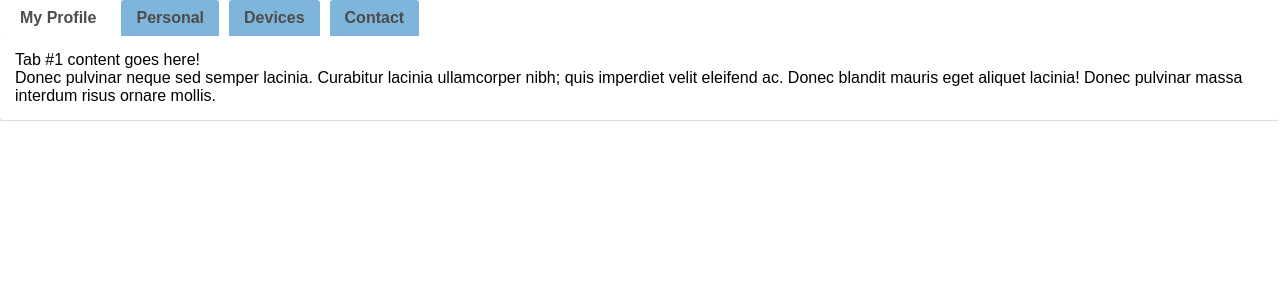
Repository: Bindu1006/CrowdTester
Page: http://localhost/CrowdTesterProject/jsp/ProfileHeader.jsp
The author's editor kept a copy of each file at every save. The page is drawn from the files as they stood at one save, then again after the next save.
The browser window is 1280 px wide. The pictures show the whole page.
Some web fonts or font styles are not loaded; a fallback is used. The page is served by Tomcat 9. Other server files are loaded and not shown.

Above is the page before, as saved 2015-11-26 04:44:40.

### CrowdTesterProject/WebContent/jsp/ProfileHeader.jsp
<!DOCTYPE html>

<html lang="en">
  <head>
    <meta charset="utf-8" />
    <!-- Change for better search engine indexing -->
    <title>Web Site</title>
    <meta name="title" content="Web site" />
    <meta name="description" content="Your Web site description here" />
    <meta name="keywords" content="Your Web site keywords here" />
    <meta name="subject" content="Your Web Site subject here" />
    <meta name="copyright" content="Your company or organization" />
    <meta name="robots" content="All" />
    <meta name="abstract" content="Site description here" />
    <meta name="MSSmartTagsPreventParsing" content="true" />
    <link id="theme" rel="stylesheet" type="text/css" href="../css/profileHeaderStyle.css" title="theme" />
    <link rel="stylesheet" href="http://fonts.googleapis.com/css?family=Open+Sans:300|Open+Sans:300|Open+Sans+Condensed:700|Open+Sans:300|Open+Sans:300|Open+Sans:300italic" type="text/css" />
	<script type="text/javascript" language="javascript" src="../javascript/jquery-1.8.1.min.js"></script>
	<script type="text/javascript" language="javascript" src="../javascript/scripts.js"></script>
	<script type="text/javascript" language="javascript" src="../javascript/theme.js"></script>
    <!-- Add your custom script here -->
  </head>
  <body>
    <div class="tabs">
    <ul class="tab-links">
        <li class="active"><a href="#tab1">My Profile</a></li>
        <li><a href="#tab2">Personal</a></li>
        <li><a href="#tab3">Devices</a></li>
        <li><a href="#tab4">Contact</a></li>
    </ul>

    <div class="tab-content">
        <div id="tab1" class="tab active">
            <p>Tab #1 content goes here!</p>
            <p>Donec pulvinar neque sed semper lacinia. Curabitur lacinia ullamcorper nibh; quis imperdiet velit eleifend ac. Donec blandit mauris eget aliquet lacinia! Donec pulvinar massa interdum risus ornare mollis.</p>
        </div>

        <div id="tab2" class="tab">
            <p>Tab #2 content goes here!</p>
            <p>Donec pulvinar neque sed semper lacinia. Curabitur lacinia ullamcorper nibh; quis imperdiet velit eleifend ac. Donec blandit mauris eget aliquet lacinia! Donec pulvinar massa interdum risus ornare mollis. In hac habitasse platea dictumst. Ut euismod tempus hendrerit. Morbi ut adipiscing nisi. Etiam rutrum sodales gravida! Aliquam tellus orci, iaculis vel.</p>
        </div>

        <div id="tab3" class="tab">
            <p>Tab #3 content goes here!</p>
            <p>Donec pulvinar neque sed semper lacinia. Curabitur lacinia ullamcorper nibh; quis imperdiet velit eleifend ac. Donec blandit mauris eget aliquet lacinia! Donec pulvinar massa interdum ri.</p>
        </div>

        <div id="tab4" class="tab">
            <p>Tab #4 content goes here!</p>
            <p>Donec pulvinar neque sed semper lacinia. Curabitur lacinia ullamcorper nibh; quis imperdiet velit eleifend ac. Donec blandit mauris eget aliquet lacinia! Donec pulvinar massa interdum risus ornare mollis. In hac habitasse platea dictumst. Ut euismod tempus hendrerit. Morbi ut adipiscing nisi. Etiam rutrum sodales gravida! Aliquam tellus orci, iaculis vel.</p>
        </div>
    </div>
</div>

  </body>
</html>

### CrowdTesterProject/WebContent/css/profileHeaderStyle.css
/*
Theme Name: doTemplate theme
Theme URI: http://www.dotemplate.com
Author: doTemplate - Thierry Ruiz
Author URI: http://www.dotemplate.com
Description: Website template created with doTemplate online template builder
Version: 1.0
Tags: doTemplate, custom-theme, custom-background, custom-colors, custom-header, custom-menu
*/


/*
----------------------------------------------------------------------------------------

Copyright 2008-2015 - Thierry Ruiz - www.dotemplate.com - All rights reserved.

----------------------------------------------------------------------------------------
*/


/* CSS reset YUI 3.17.2 (build 9c3c78e) - Copyright 2014 Yahoo! Inc. All rights reserved */
html{color:#000;background:#FFF}body,div,dl,dt,dd,ul,ol,li,h1,h2,h3,h4,h5,h6,pre,code,form,fieldset,legend,input,textarea,p,blockquote,th,td{margin:0;padding:0}
table{border-collapse:collapse;border-spacing:0}fieldset,img{border:0}address,caption,cite,code,dfn,em,strong,th,var{font-style:normal;font-weight:normal}
ol,ul{list-style:none}caption,th{text-align:left}
h1,h2,h3,h4,h5,h6{font-size:100%;font-weight:normal}
q:before,q:after{content:''}abbr,
acronym{border:0;font-variant:normal}sup{vertical-align:text-top}sub{vertical-align:text-bottom}
input,textarea,select{font-family:inherit;font-size:inherit;font-weight:inherit;*font-size:100%}
legend{color:#000}#yui3-css-stamp.cssreset{display:none}

/*! normalize.css v3.0.1 | MIT License | git.io/normalize */
html {
  font-family: sans-serif;
  -ms-text-size-adjust: 100%;
  -webkit-text-size-adjust: 100%;
}

article,aside,details,figcaption,figure,footer,header,hgroup,main,nav,section,summary {
  display: block;
}

audio,canvas,progress,video {
  display: inline-block;
  vertical-align: baseline;
}

[hidden],template {
  display: none;
}

a {
  background: transparent;
}

a:active,a:hover {
  outline: 0;
}

abbr[title] {
  border-bottom: 1px dotted;
}

b,strong {
  font-weight: bold;
}

dfn {
  font-style: italic;
}

mark {
  background: #ff0;
  color: #000;
}

small {
  font-size: 80%;
}

sub, sup {
  font-size: 75%;
  line-height: 0;
  position: relative;
  vertical-align: baseline;
}

sup {
  top: -0.5em;
}

sub {
  bottom: -0.25em;
}

img {
  border: 0;
}

svg:not(:root) {
  overflow: hidden;
}

figure {
  margin: 1em 40px;
}

hr {
  -moz-box-sizing: content-box;
  box-sizing: content-box;
  height: 0;
}

pre {
  overflow: auto;
}

code,kbd,pre,samp {
  font-family: monospace, monospace;
  font-size: 1em;
}

button,input,optgroup,select,textarea {
  color: inherit;
  font: inherit;
  margin: 0;
}

button {
  overflow: visible;
}

button,select {
  text-transform: none;
}

button, html input[type="button"],input[type="reset"],input[type="submit"] {
  -webkit-appearance: button;
  cursor: pointer;
}

button[disabled], html input[disabled] {
  cursor: default;
}


button::-moz-focus-inner,input::-moz-focus-inner {
  border: 0;
  padding: 0;
}

input {
  line-height: normal;
}

input[type="checkbox"],input[type="radio"] {
  box-sizing: border-box;
  padding: 0;
}

input[type="number"]::-webkit-inner-spin-button,
input[type="number"]::-webkit-outer-spin-button {
  height: auto;
}

input[type="search"] {
  -webkit-appearance: textfield;
  -moz-box-sizing: content-box;
  -webkit-box-sizing: content-box;
  box-sizing: content-box;
}

input[type="search"]::-webkit-search-cancel-button,
input[type="search"]::-webkit-search-decoration {
  -webkit-appearance: none;
}

fieldset {
  margin: 0 2px;
  padding: 0.35em 0.625em 0.75em;
}

legend {
  border: 0;
  padding: 0;
}

textarea {
  overflow: auto;
}

optgroup {
  font-weight: bold;
}

table {
  border-collapse: collapse;
  border-spacing: 0;
}

/*! end normalize.css  */



body,div,dl,dt,dd,ul,ol,li,h1,h2,h3,h4,h5,h6,pre,code,form,fieldset,legend,input,textarea,p,blockquote,th,td {
	margin:0;
	padding:0;
}

table {
	border-collapse:collapse;
	border-spacing:0;
}

fieldset,img {
	border:0;
}

address,caption,cite,code,dfn,th,var {
	font-style:normal;
	font-weight:normal;
}

li {
	list-style:none;
}

caption,th {
	text-align:left;
}

h1,h2,h3,h4,h5,h6 {
	font-size:150%;
	font-weight:bold;
}

q:before,q:after {
	content:'';
}

abbr,acronym {
	border:0;
	font-variant:normal;
}

sup {
	vertical-align:text-top;
}

sub {
	vertical-align:text-bottom;
}

input,textarea,select {
	font-family:inherit;
	font-size:inherit;
	font-weight:inherit;
}

legend {
	color:#000;
}

a img {
	border:none;
}

a:link,a:visited {
	text-decoration:none;
}

.clear {
	clear:both;
	display:block;
	overflow:hidden;
	visibility:hidden;
	width:0;
	height:0;
}

html {
	margin:0;
	overflow-X:hidden;
	overflow-Y:scroll;
}

#wrapper {
	width:100%;
	position:relative;
	min-height:600px;
	height:auto !important;
	background-color:#FFFFFF;
	background-position:center top;
	background-repeat:repeat-x;
	background-image:url('images/css/wrapper-bg-x.jpg');
	border-top:none;
}

#wrapper, #wrapper > .bg {
	background-attachment:fixed;
}

#wrapper > .bg {
	display:none;
	background-image:none;
}

#container {
	position:relative;
	margin:0 auto;
	background:#FFFFFF;
	box-shadow:0px 0px 2px #555555;
	border-radius:0px;
	padding:0px;
	-webkit-box-sizing:border-box;
	-moz-box-sizing:border-box;
	box-sizing:border-box;
}

#container-top {
	position:relative;
	width:100%;
	height:50px;
}

#header {
	position:relative;
	width:100%;
	height:80px;
	background-color:#000000;
	background-image:none;
	background-repeat:repeat-all;
	border-radius:0px 0px 0 0;
}

#hmenu {
	height:40px;
	font-family:arial;
	font-weight:bold;
	text-transform:uppercase;
	font-size:13px;
	position:relative;
	display:inline-block;
	border-radius:0px;
	background-color:transparent;
	background-repeat:no-repeat;
	background-image:none;
	float:left;
	margin:20px 20px 0 0;
}

#hmenu > ul {
	text-align:left;
	line-height:40px;
}

#hmenu ul li {
	float:left;
	*display:inline;
	zoom:1;
	position:relative;
}

#hmenu ul > li > a {
	display:block;
	padding:0 30px;
}

#hmenu ul li:hover ul {
	display:block;
	z-index:20;
}

#hmenu > li a:hover {
	background-color:#a2b2cb;
	background-position:center top;
	background-repeat:no-repeat;
	background-image:none;
}

#hmenu li a:link,#hmenu li a:visited {
	color:#3d5778;
}

#hmenu ul li a:hover,#hmenu ul li a:active {
	color:#ffffff;
	background-color:#8e9eb7;
	text-shadow:0 0 10px #FFFFFF;
	border-radius:3px;
	-moz-border-radius:3px;
	-webkit-border-radius:3px;
}

#header > .bg {
	display:none;
	background-image:none;
}

#logo {
	float:left;
	background-image:url('images/css/logo.png');
	background-repeat:no-repeat;
	width:300px;
	height:80px;
}

#banner {
	position:relative;
	width:100%;
	height:450px;
	background-position:center top;
	background-color:transparent;
	background-image:url('images/css/banner-bg.jpg');
	background-repeat:no-repeat;
	overflow:hidden;
}

#tagline {
	position:absolute;
	top:50px;
	left:0px;
	width:270px;
	background-color:#303030;
	padding:25px;
	opacity:0.6;
}

#tagline h1, #tagline h1 a:link, #tagline h1 a:visited {
	font-family:'Open Sans',sans-serif;
	color:#ffffff;
	font-size:30px;
	font-weight:300;
	font-style:normal;
	text-transform:uppercase;
	letter-spacing:1px;
}

#tagline h1 {
	background-color:transparent;
	background-repeat:no-repeat;
	background-image:none;
	text-shadow:none;
	border:0;
	padding:0px;
}

#tagline h2, #tagline h2 a:link, #tagline h2 a:visited {
	font-family:'Open Sans',sans-serif;
	color:#ffffff;
	font-size:16px;
	font-weight:300;
	font-style:normal;
	text-transform:none;
	letter-spacing:1px;
}

#tagline h2 {
	background-color:transparent;
	background-repeat:no-repeat;
	background-image:none;
	text-shadow:none;
	border:0;
	padding:0px;
}

#tagline p {
	margin:20px 0;
}

#tagline input.cta[type="button"] {
	margin-top:20px;
	border:none;
	border-radius:4px;
	-moz-border-radius:4px;
	-webkit-border-radius:4px;
	cursor:pointer;
	outline:medium none;
	padding:0.55em 2em;
	text-align:center;
	text-decoration:none;
	font-family:'Open Sans',sans-serif,Helvetica,sans-serif;
	position:relative;
	font-size:13px;
	box-shadow:0;
	webkit-box-shadow:0;
}

#tagline input.cta[type="button"]:hover {
	opacity:0.8;
}

input.cta[type="submit"],input.cta[type="button"], a.button.cta {
	color:#FFFFFF;
	background:#000000;
	background:linear-gradient(#141414,#000000);
	background:-webkit-gradient( linear,0 0, 0 bottom, from(#141414), to(#000000));
	background:-moz-linear-gradient(center top , #141414,#000000) repeat scroll 0 0 transparent;
	-pie-background:linear-gradient(#141414,#000000);
	background-image:-webkit-gradient(linear, 0 0%, 0 100%, from(#141414), to(#000000));
	filter:progid:DXImageTransform.Microsoft.gradient(startColorstr='#141414', endColorstr='#000000');
}

#page {
	margin:0 40px 0 40px;
	min-height:750px;
}

#page.home {
	margin:0 auto;
}

#main {
	position:relative;
	width:100%;
	color:#4D4D4D;
	font-family:Arial,Helvetica,sans-serif;
	font-size:12px;
	font-style:normal;
	text-transform:default;
	padding-top:40px;
}

#main p, #main div, #main td {
	line-height:2em;
	letter-spacing:normal;
}

#main h1, #main h2, #main h3, #main h4, #main h5, #main h6 {
	line-height:1em;
}

#main p a:link, #main p a:visited {
	font-weight:bold;
	color:#4D4D4D;
	text-decoration:none;
}

#main p a:hover {
	color:#A2B2CB;
}

#main h1, #main h1 a:link, #main h1 a:visited {
	font-family:'Open Sans Condensed',sans-serif;
	color:#3d5778;
	font-size:46px;
	font-weight:700;
	font-style:normal;
	text-transform:none;
	letter-spacing:1px;
}

#main h1 {
	background-color:transparent;
	background-repeat:no-repeat;
	background-image:none;
	text-shadow:none;
	border:0;
	padding:0px;
	margin:45px 0 25px 0;
}

#main h2, #main h2 a:link, #main h2 a:visited {
	font-family:'Open Sans',sans-serif;
	color:#b18c7a;
	font-size:38px;
	font-weight:300;
	font-style:normal;
	text-transform:none;
	letter-spacing:1px;
}

#main h2 {
	background-color:transparent;
	background-repeat:no-repeat;
	background-image:none;
	text-shadow:none;
	border:0;
	padding:0px;
	margin:30px 0 10px 0;
}

#main h3, #main h3 a:link, #main h3 a:visited {
	font-family:'Open Sans',sans-serif;
	color:#b18c7a;
	font-size:20px;
	font-weight:300;
	font-style:normal;
	text-transform:none;
	letter-spacing:1px;
}

#main h3 {
	background-color:transparent;
	background-repeat:no-repeat;
	background-image:none;
	text-shadow:none;
	border:0;
	padding:0px;
	margin:20px 0 10px 0;
}

#main h4, #main h4 a:link, #main h4 a:visited {
	font-family:'Open Sans',sans-serif;
	color:#000000;
	font-size:18px;
	font-weight:300;
	font-style:italic;
	text-transform:none;
	letter-spacing:1px;
}

#main h4 {
	background-color:transparent;
	background-repeat:no-repeat;
	background-image:none;
	text-shadow:none;
	border:0;
	padding:0px;
}

#main .shade {
	background-color:#F2F2F2;
}

#main p {
	text-align:justify;
}

#main h1:first-child {
	margin:0px 0 25px 0;
}

#main h4, #main h5 {
	margin:15px 0 5px 0;
}

#main a, #main a:visited {
	font-weight:bold;
	color:#4D4D4D;
}

#main a:hover {
	color:#A2B2CB;
}

#main article {
	padding:80px 0 0 0;
	clear:both;
}

#main article:first-child {
	margin:0;
	padding:0;
}

.post .entry img {
	-webkit-box-sizing:border-box;
	-moz-box-sizing:border-box;
	box-sizing:border-box;
}

.post .entry p img.alignright {
	float:right;
	margin:5px 0 20px 20px;
}

.post .entry p img.alignleft {
	float:left;
	margin:5px 20px 20px 0px;
}

.post .entry div.wp-post-image-full img {
	width:100%;
	height:auto;
	margin:5px 0px 20px 0px;
}

.post .entry div.wp-post-image-left img {
	float:left;
	width:45%;
	height:auto;
	margin:5px 20px 20px 0px;
}

.post .entry div.wp-post-image-right img {
	float:right;
	width:45%;
	height:auto;
	margin:5px 0px 20px 20px;
}

.post h1 a, .post h1 a:hover {
	color:#3d5778;
	text-decoration:none;
}

.post .entry a,.post .entry a a:visited,.post .entry-footer a, .post .entry-footer a:visited {
	font-weight:bold;
	color:#4D4D4D;
}

.post .entry-footer {
	font-size:0.9em;
	font-style:italic;
}

h3#comments {
	margin-top:50px;
}

ol.commentlist {
	border-top:3px solid #EEEEEE;
	list-style:none;
	padding:0;
}

ul.children {
	border-left:1px dotted #ddd;
	list-style:none;
}

.comment .comment-container {
	border-bottom:3px solid #EEEEEE;
	padding:10px 0;
	margin-top:20px;
}

.comment-head .avatar {
	float:left;
}

.comment-head .avatar img {
	border:3px solid #EEEEEE;
	margin:0 10px 0 0;
	vertical-align:middle;
}

.comment-head .name {
	display:block;
	font-size:18px;
	font-weight:bold;
}

.comment-entry {
	margin-top:15px;
}

.post #respond {
	margin-top:35px;
}

.fix {
	clear:both;
	height:1px;
	margin:-1px 0 0;
	overflow:hidden;
}

#footer {
	position:relative;
	width:100%;
	height:auto;
	background-color:#f7faff;
	background-position:center top;
	background-repeat:repeat-x;
	background-image:url('images/css/footer-bg-x.jpg');
	color:#3d5778;
	font-family:Helvetica, Arial, sans-serif;
	font-size:12px;
	font-style:normal;
	text-transform:normal;
	min-height:160px;
	border-radius:0 0 0px 0px;
}

#footer .content {
	position:relative;
	text-align:center;
	padding:20px;
}

#footer ul.social-links {
	margin-top:10px;
	list-style:none outside none;
}

#footer ul.social-links li {
	display:inline-block;
}

#footer ul.social-links li a {
	display:block;
	height:33px;
	margin-right:5px;
	text-indent:-9999px;
	width:33px;
	background-repeat:no-repeat;
}

#footer > .bg {
	display:none;
	background-image:none;
}

#footer p, #footer div, #footer td {
	line-height:20px;
	letter-spacing:normal;
}

#footer h1, #footer h2, #footer h3, #footer h4, #footer h5, #footer h6 {
	line-height:1em;
}

#footer p a:link, #footer p a:visited {
	font-weight:bold;
	color:#3d5778;
	text-decoration:none;
}

#footer p a:hover {
	color:#9ac5ff;
}

#container-bottom {
	position:relative;
	width:100%;
	height:80px;
}

.row {
	width:960px;
	margin:0 auto;
}



/*----- Tabs -----*/
.tabs {
    width:100%;
    display:inline-block;
}

    /*----- Tab Links -----*/
    /* Clearfix */
    .tab-links:after {
        display:block;
        clear:both;
        content:'';
    }

    .tab-links li {
        margin:0px 5px;
        float:left;
        list-style:none;
    }

        .tab-links a {
            padding:9px 15px;
            display:inline-block;
            border-radius:3px 3px 0px 0px;
            background:#7FB5DA;
            font-size:16px;
            font-weight:600;
            color:#4c4c4c;
            transition:all linear 0.15s;
        }

        .tab-links a:hover {
            background:#a7cce5;
            text-decoration:none;
        }

    li.active a, li.active a:hover {
        background:#fff;
        color:#4c4c4c;
    }

    /*----- Content of Tabs -----*/
    .tab-content {
        padding:15px;
        border-radius:3px;
        box-shadow:-1px 1px 1px rgba(0,0,0,0.15);
        background:#fff;
    }

        .tab {
            display:none;
        }

        .tab.active {
            display:block;
        }

### CrowdTesterProject/WebContent/javascript/theme.js
$(document).ready( function() {

	    jQuery('.tabs .tab-links a').on('click', function(e)  {
	        var currentAttrValue = jQuery(this).attr('href');

	        // Show/Hide Tabs
	        jQuery('.tabs ' + currentAttrValue).show().siblings().hide();

	        // Change/remove current tab to active
	        jQuery(this).parent('li').addClass('active').siblings().removeClass('active');

	        e.preventDefault();
	    });

//	    $('#editProfileData').click(function () {
//	    	alert("Success");
//	    $.ajax({
//	        url: 'editTesterProfile.do',
//	        data: {
//	        	Fname: $("#Fname").val(),
//	        	Lname: $("#Lname").val(),
//	        	Address: $("#Address").val(),
//	        	Age: $("#Age").val(),
//	        	Edu: $("#Edu").val(),
//	        	Occupation: $("#Occupation").val(),
//	        },
//	        type:'post', //either post or get
//	        dataType: 'json', //get response as json from server
//	        success:function(data){  //this function is called when the ajax function is successfully executed
//	              alert("Success");  OR  console.log(data);
//	         }
//	    });
//	    });




	    $('#editAppVendorProfileData').click(function () {
	    	$("#Name").prop("disabled",false)
	    	$("#email").prop("disabled",false)
	    	$("#Address").prop("disabled",false)
	    	$("#Age").prop("disabled",false)
	    	$("#Edu").prop("disabled",false)
	    	$("#Occupation").prop("disabled",false)
	    	$("#saveAppVendorProfileData").prop("disabled",false)

	    });

	    $('#editProfileData').click(function () {
	    	$("#Fname").prop("disabled",false)
	    	$("#Lname").prop("disabled",false)
	    	$("#Address").prop("disabled",false)
	    	$("#Age").prop("disabled",false)
	    	$("#Edu").prop("disabled",false)
	    	$("#Occupation").prop("disabled",false)
	    	$("#saveProfileData").prop("disabled",false)

	    });


//	    $('a.editFname').click(function () {
//	    	$("#Fname").prop("disabled",false)
//	    	$('.editFname').hide();
//	    	$('.saveFname').show();
//	    });
//
//	    $('a.editLname').click(function () {
//	    	$("#Lname").prop("disabled",false)
//	    	$('.editLname').hide();
//	    	$('.saveLname').show();
//	    });
//
//	    $('a.editAddress').click(function () {
//	    	$("#Address").prop("disabled",false)
//	    	$('.editAddress').hide();
//	    	$('.saveAddress').show();
//	    });
//
//	    $('a.editAge').click(function () {
//	    	$("#Age").prop("disabled",false)
//	    	$('.editAge').hide();
//	    	$('.saveAge').show();
//	    });
//
//	    $('a.editEdu').click(function () {
//	    	$("#Edu").prop("disabled",false)
//	    	$('.editEdu').hide();
//	    	$('.saveEdu').show();
//	    });
//
//	    $('a.editOccupation').click(function () {
//	    	$("#Occupation").prop("disabled",false)
//	    	$('.editOccupation').hide();
//	    	$('.saveOccupation').show();
//	    });
//
//	    $('.saveFname').click(function(e) {
//	        $('#editTesterFormID').submit();
//	    });



/* Add support of border radius and box shadow to IE using PIE.js */
Modernizr.load({
	test: Modernizr.borderradius && Modernizr.boxshadow,
	nope: "js/PIE.js",
	complete: function(){
		if(window.PIE){
			$('.pie').each( function(){
				window.PIE.attach(this);
			});
       	}
    }
});







/* responsive menu - Flaunt.js v1.0.0 - Copyright 2013 Todd Motto - https://github.com/toddmotto/flaunt-js */

$('#hmenu').append($('<div id="hmenu-mobile"></div>'));

$('#hmenu ul li').has('ul').prepend('<span class="nav-click"><i class="nav-arrow"></i></span>');

$('#hmenu-mobile').click( function(){
});

$('#hmenu>ul').on('click', '.nav-click', function(){

	// Toggle the nested nav
	$(this).siblings('ul').toggle();

	// Toggle the arrow using CSS3 transforms
	$(this).children('.nav-arrow').toggleClass('nav-rotate');

});


	$('#testDetails').click(function(event){
		var userName = $('#userName').val();
		$.ajax({
			url : 'ajaxShowTestDetails.do',
			type:'POST',
			data: 'userName='+userName,
			success : function(response) {

				var result = "<table width='100%'><tbody>";
				$( "#resultTable" ).empty();
				$.each(response, function(i) {
					result += "<tr>"
					result += "<td>" +response[i].appName + "</td>";
					result += "<td>" +response[i].description + "</td>";
					result += "<td>" +response[i].testType + "</td>";
					result += "<td>" +response[i].productOS + "</td>";
					result += "<td>" +response[i].testDeadline + "</td>";
					result += "<td><a href='#'>Send Query</a></td>";
					result += "</tr>";

		        });
				result += "</tbody></table>";
		$( "#resultTable" ).append(result);
			},
			error : function(xhr, status, error) {
				alert(xhr.responseText);
			}
		});
	});




});

Loaded but not shown: CrowdTesterProject/WebContent/javascript/jquery-1.8.1.min.js (library); CrowdTesterProject/WebContent/javascript/scripts.js (library)

After the next save:
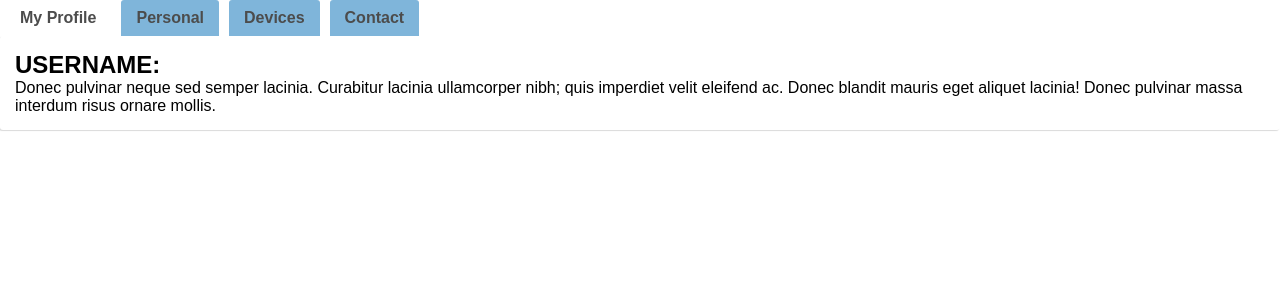
Saved 99 s later.
--- a/CrowdTesterProject/WebContent/jsp/ProfileHeader.jsp
+++ b/CrowdTesterProject/WebContent/jsp/ProfileHeader.jsp
@@ -31,7 +31,9 @@
 
     <div class="tab-content">
         <div id="tab1" class="tab active">
-            <p>Tab #1 content goes here!</p>
+            <div>
+            	<h2>USERNAME: </h2>
+            </div>
             <p>Donec pulvinar neque sed semper lacinia. Curabitur lacinia ullamcorper nibh; quis imperdiet velit eleifend ac. Donec blandit mauris eget aliquet lacinia! Donec pulvinar massa interdum risus ornare mollis.</p>
         </div>
 
